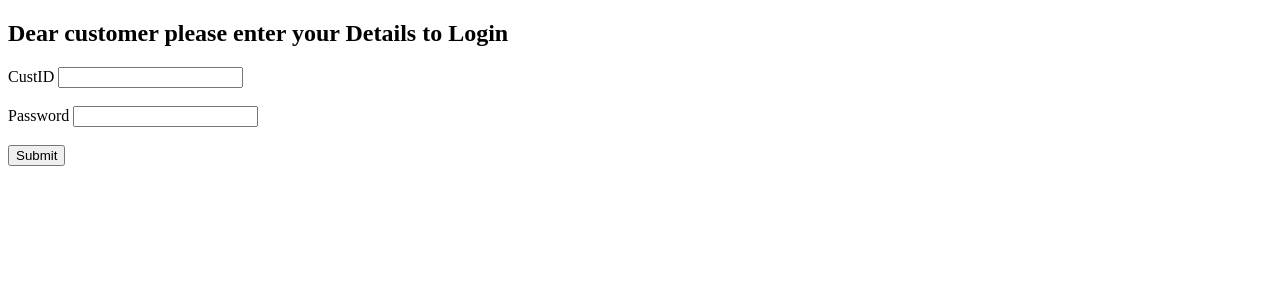
Repository: KGDarshan/BankApplication
Page: CaravanBanking/WebContent/ChangePwd.html
These files come from the project's save history. The page is drawn as it stood at one moment and after the next save; the edit follows.
The browser window is 1280 px wide. The pictures show the whole page.

Above is the page before, as saved 2020-10-09 10:05:56.

After the next save:
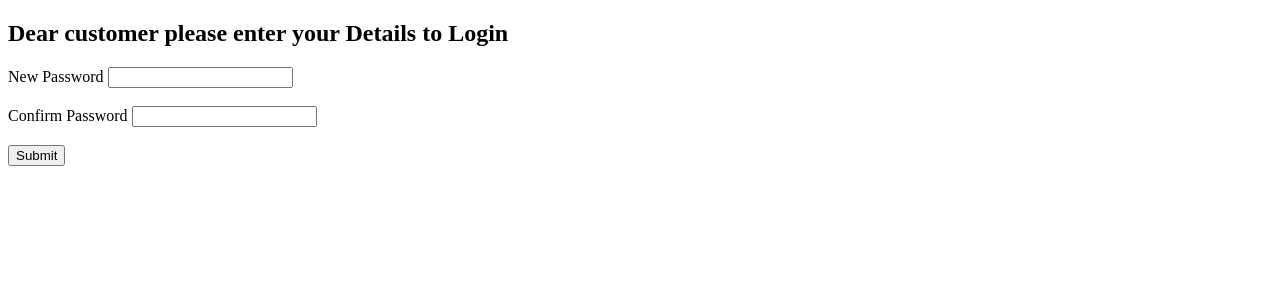
Saved 30 s later.
--- a/CaravanBanking/WebContent/ChangePwd.html
+++ b/CaravanBanking/WebContent/ChangePwd.html
@@ -8,10 +8,10 @@
 <h2>Dear customer please enter your Details to Login</h2>
 	<form action="Login" method="post">
 
-		<label>CustID</label>
-		<input type="text" name="custid"><br><br>
+		<label>New Password</label>
+		<input type="password" name="pwd"><br><br>
 
-		<label>Password</label>
+		<label>Confirm Password</label>
 		<input type="password" name="pwd"><br><br>
 
 		<input type="submit">
